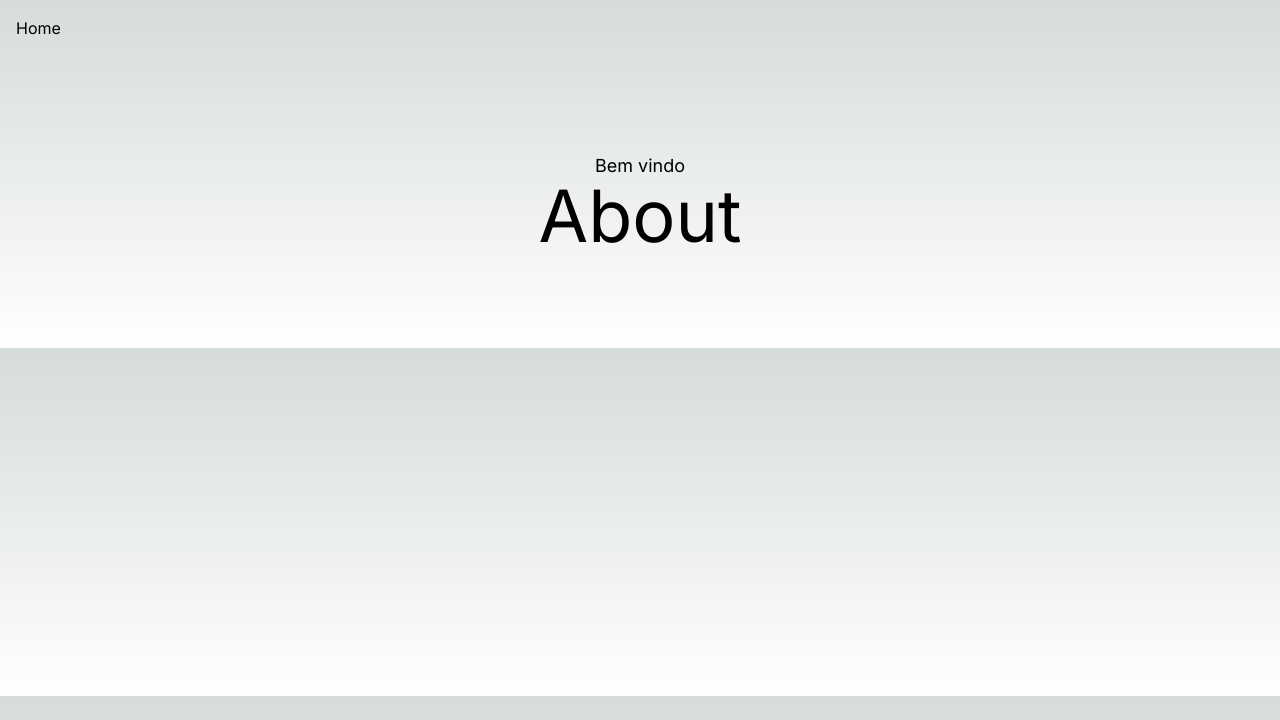
Repository: wellingtondevops/01-first-steps
Page: /about
The author's editor kept a copy of each file at every save. The page is drawn from the files as they stood at one save, then again after the next save.
The browser window is 1280 px wide. The pictures show the whole page.
The project was rebuilt for these pictures with package versions that can differ from the ones it lists, and the page was loaded fresh each time. The framework's server and built-in components were replaced by stand-ins that run in the browser. Also part of the build but not shown: next.config.js.

Above is the page before, as saved 2025-07-12 17:14:33.

After the next save:
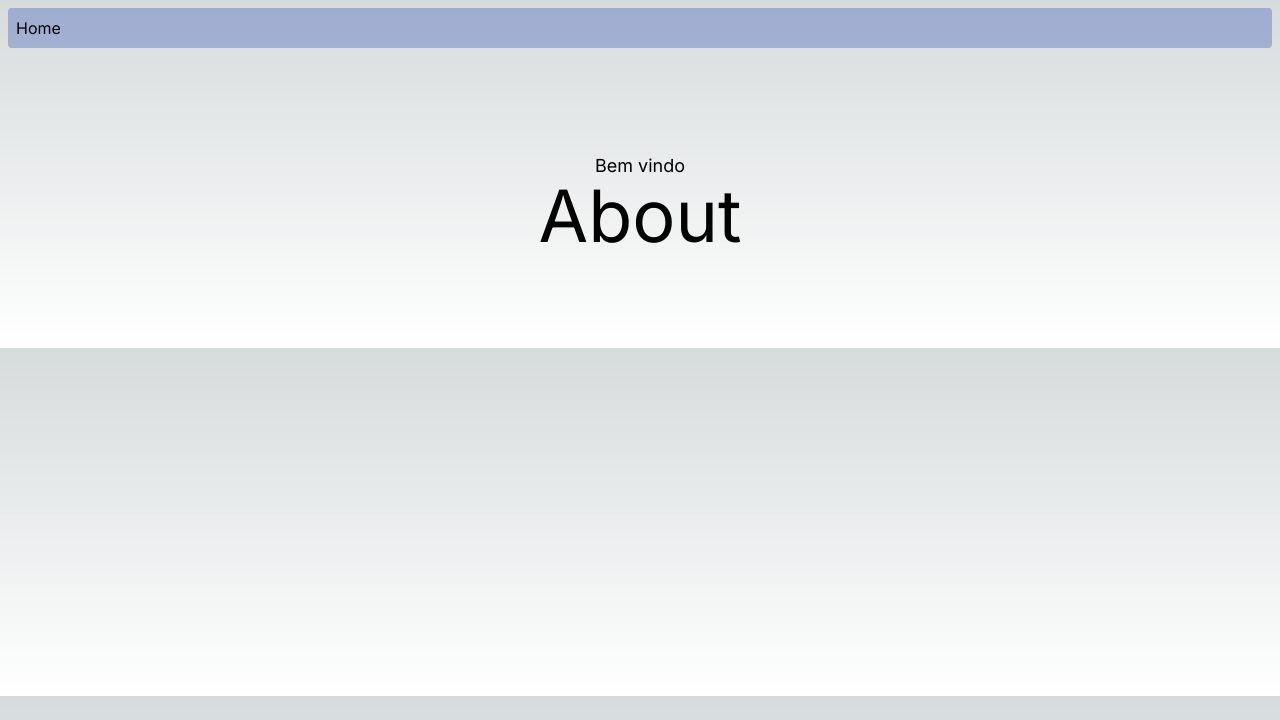
Saved 60 s later.
--- a/components/navbar/Navbar.tsx
+++ b/components/navbar/Navbar.tsx
@@ -1,7 +1,8 @@
 export const Navbar = () => {
   return (
-    <nav className="flex bg-bue-80 bg-opacity-30 p-2 m-2 rounded">
+    <nav className="flex bg-blue-800 bg-opacity-30 p-2 m-2 rounded">
         <span>Home</span>
+
     </nav>
   )
 };
